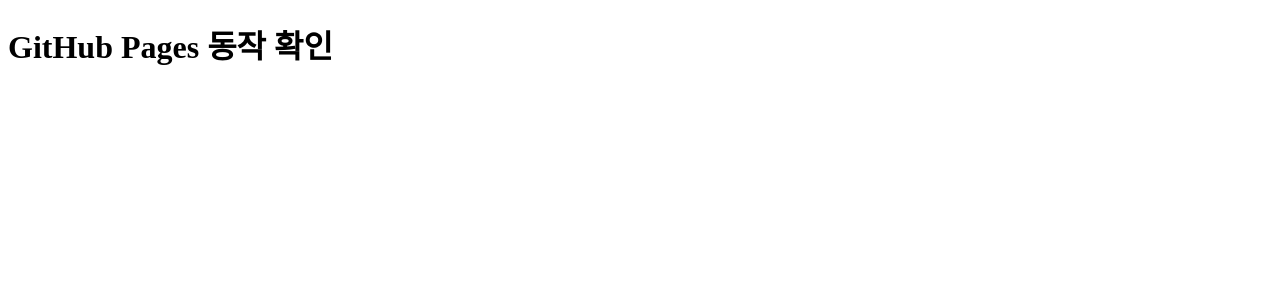
Repository: luxavenue/luxavenue.github.io
Page: index.html
An editor plug-in stored every save of this project. The page is shown before and after the next save, followed by the edit.
The browser window is 1280 px wide. The pictures show the whole page.

Above is the page before, as saved 2025-12-29 17:06:10.

After the next save:
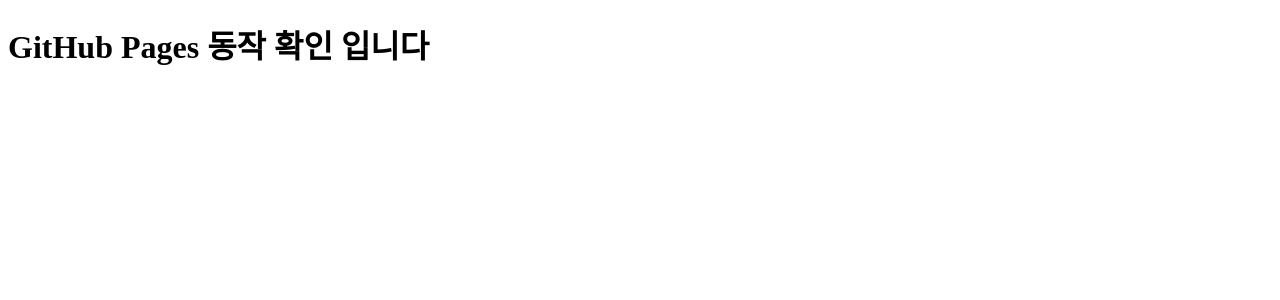
Saved 3 min 28 s later.
--- a/index.html
+++ b/index.html
@@ -2,5 +2,5 @@
 <html lang="ko">
   <head><meta charset="utf-8"><meta name="viewport" content="width=device-width,initial-scale=1">
   <title>Pages OK</title></head>
-  <body><h1>GitHub Pages 동작 확인</h1></body>
+  <body><h1>GitHub Pages 동작 확인 입니다</h1></body>
 </html>
